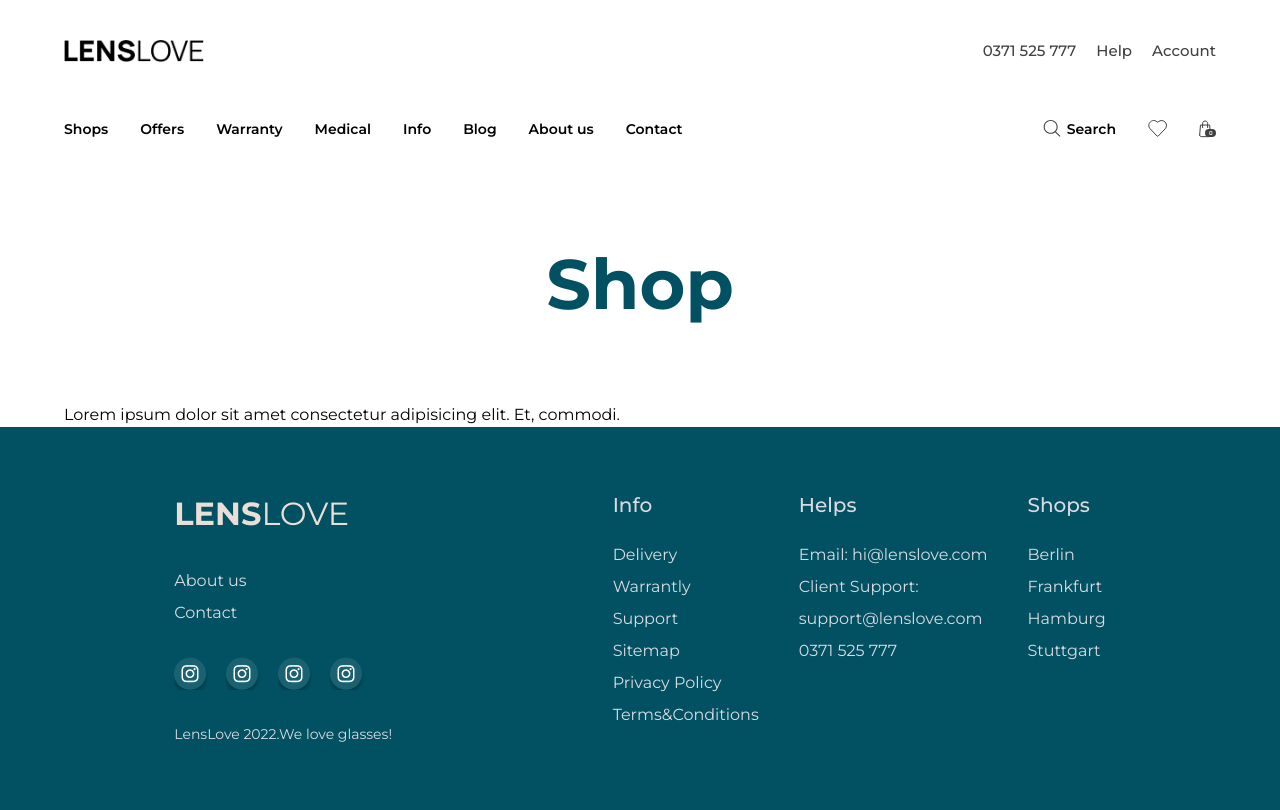
Repository: thienthanhvinh/glasses-react
Page: /shop
The author's editor kept a copy of each file at every save. The page is drawn from the files as they stood at one save, then again after the next save.
The browser window is 1280 px wide. The pictures show the whole page.
The project was rebuilt for these pictures with package versions that can differ from the ones it lists, and the page was loaded fresh each time. Also part of the build but not shown: src/App.css, src/components/button/Button.js, src/components/category/Category.js, src/components/intro/Intro.js, src/components/sales/SpringSales.js, src/modules/GlassesGrid.js, src/modules/GlassesItem.js, src/modules/HeadlineImage.js and 11 more.

Above is the page before, as saved 2023-02-13 20:13:41.

### public/index.html
<!DOCTYPE html>
<html lang="en">
  <head>
    <meta charset="utf-8" />
    <link rel="icon" href="%PUBLIC_URL%/favicon.ico" />
    <meta name="viewport" content="width=device-width, initial-scale=1" />
    <meta name="theme-color" content="#000000" />
    <meta
      name="description"
      content="Web site created using create-react-app"
    />
    <link rel="apple-touch-icon" href="%PUBLIC_URL%/logo192.png" />
    <!--
      manifest.json provides metadata used when your web app is installed on a
      user's mobile device or desktop. See https://developers.google.com/web/fundamentals/web-app-manifest/
    -->
    <link rel="manifest" href="%PUBLIC_URL%/manifest.json" />
    <!--
      Notice the use of %PUBLIC_URL% in the tags above.
      It will be replaced with the URL of the `public` folder during the build.
      Only files inside the `public` folder can be referenced from the HTML.

      Unlike "/favicon.ico" or "favicon.ico", "%PUBLIC_URL%/favicon.ico" will
      work correctly both with client-side routing and a non-root public URL.
      Learn how to configure a non-root public URL by running `npm run build`.
    -->
    <link href="https://fonts.googleapis.com/css2?family=Montserrat:wght@300;400;500;600;700&display=swap" rel="stylesheet">
    <title>React App</title>
  </head>
  <body>
    <noscript>You need to enable JavaScript to run this app.</noscript>
    <div id="root"></div>
    <!--
      This HTML file is a template.
      If you open it directly in the browser, you will see an empty page.

      You can add webfonts, meta tags, or analytics to this file.
      The build step will place the bundled scripts into the <body> tag.

      To begin the development, run `npm start` or `yarn start`.
      To create a production bundle, use `npm run build` or `yarn build`.
    -->
  </body>
</html>

### src/index.js
import React from 'react';
import ReactDOM from 'react-dom/client';
import './index.css';
import App from './App';
import reportWebVitals from './reportWebVitals';
import { BrowserRouter } from 'react-router-dom';
import { ToastContainer, toast } from 'react-toastify';
import 'react-toastify/dist/ReactToastify.css';

const root = ReactDOM.createRoot(document.getElementById('root'));
root.render(
  // <React.StrictMode>
  <BrowserRouter>
    <App />
    <ToastContainer></ToastContainer>
  </BrowserRouter>
  // </React.StrictMode>
);

// If you want to start measuring performance in your app, pass a function
// to log results (for example: reportWebVitals(console.log))
// or send to an analytics endpoint. Learn more: https://bit.ly/CRA-vitals
reportWebVitals();

### src/index.css
/* body {
  margin: 0;
  font-family: -apple-system, BlinkMacSystemFont, 'Segoe UI', 'Roboto', 'Oxygen',
    'Ubuntu', 'Cantarell', 'Fira Sans', 'Droid Sans', 'Helvetica Neue',
    sans-serif;
  -webkit-font-smoothing: antialiased;
  -moz-osx-font-smoothing: grayscale;
}

code {
  font-family: source-code-pro, Menlo, Monaco, Consolas, 'Courier New',
    monospace;
} */

@tailwind base;
@tailwind components;
@tailwind utilities;

body {
  font-family: 'Montserrat', sans-serif;
}
/* .darkmode-input:checked + div .darkmode-spinner {
  transform: translateX(33px);
} */
.active-light {
  transform: translateX(0px);
  transition: all 0.4s;
}
.active-dark {
  transform: translateX(33px);
  transition: all 0.4s;
}

/* .darkmode-input:checked + div {


} */

/* .darkmode-input:checked + div .darkmode-spinner {
  background-color: white;
} */

### src/App.js

import { Route, Routes } from 'react-router-dom';
import './App.css';
import HomePage from './pages/HomePage';
import ShopPage from './pages/ShopPage';
import SignInPage from './pages/SignInPage';
import SignUpPage from './pages/SignUpPage';

function App() {
  return (
    <Routes>
      <Route path='/sign-up' element={<SignUpPage></SignUpPage>}></Route>
      <Route path='/sign-in' element={<SignInPage></SignInPage>}></Route>
      <Route path='/' element={<HomePage></HomePage>}></Route>
      <Route path='/shop' element={<ShopPage></ShopPage>}></Route>
    </Routes>
  );
}

export default App;

### src/pages/ShopPage.js
import React from "react";
import Heading from "../components/common/Heading";
import SpringSales from "../components/sales/SpringSales";
import LayoutGlasses from "../layout/LayoutGlasses";

const ShopPage = () => {
  return (
    <>
      <LayoutGlasses>
        <Heading className="mt-14">Shop</Heading>
        <div className="px-16">
          <div className="mt-[70px]">Lorem ipsum dolor sit amet consectetur adipisicing elit. Et, commodi.</div>
        </div>
      </LayoutGlasses>
    </>
  );
};

export default ShopPage;

### src/components/common/Heading.js
import React from 'react';

const Heading = ({children, className = ''}) => {
    return (
        <h2 className={`font-extrabold text-[70px] leading-[98px] text-center text-primary mb-[70px] ${className}`}>
            {children}
        </h2>
    );
};
export default Heading;

### src/modules/Menu.js
import React from "react";
import { Link } from "react-router-dom";
import Navbar from "../components/navbar/Navbar";

const Menu = () => {
  return (
    <div className="py-10 px-16">
      <div className="flex items-center justify-between mb-14">
        <Link to="/">
          <img
            src="/logo.png"
            alt=""
            className="w-[140px] h-auto object-cover"
          />
        </Link>

        <div className="flex gap-x-5 text-secondary-3 text-[15px] font-medium">
          <span>0371 525 777</span>
          <Link to="/">Help</Link>
          <Link to="/sign-in">Account</Link>
        </div>
      </div>
      <Navbar></Navbar>
    </div>
  );
};

export default Menu;

### src/modules/Footer.js
import React from "react";
import { Link } from "react-router-dom";

const Footer = () => {
  return (
    <div className="bg-primary flex justify-around px-16 py-16 text-gray-white">
      <div className="flex flex-col">
        <h2 className="text-secondary font-extrabold text-[32px] leading-[46px] mb-8">
          LENS<span className="font-normal">LOVE</span>
        </h2>
        <Link to="/about" className="mb-2">
          About us
        </Link>
        <Link to="contact" className="mb-8">
          Contact
        </Link>
        <div className="flex gap-x-4 mb-8">
          <span>
            <img src="/Instagram.png" alt="" />
          </span>
          <span>
            <img src="/Instagram.png" alt="" />
          </span>
          <span>
            <img src="/Instagram.png" alt="" />
          </span>
          <span>
            <img src="/Instagram.png" alt="" />
          </span>
        </div>
        <p className="text-[14px] leading-[24px]">
          LensLove 2022.We love glasses!
        </p>
      </div>
      <div className="flex gap-x-10">
        <div>
          <h3 className="font-medium text-xl mb-6">Info</h3>
          <div className="flex flex-col gap-y-2">
            <p>Delivery</p>
            <p>Warrantly</p>
            <p>Support</p>
            <p>Sitemap</p>
            <p>Privacy Policy</p>
            <p>Terms&Conditions</p>
          </div>
        </div>
        <div>
          <h3 className="font-medium text-xl mb-6">Helps</h3>
          <div className="flex flex-col gap-y-2">
            <p>Email: hi@lenslove.com</p>
            <p>Client Support:</p>
            <p>support@lenslove.com</p>
            <p>0371 525 777</p>
          </div>
        </div>
        <div>
          <h3 className="font-medium text-xl mb-6">Shops</h3>
          <div className="flex flex-col gap-y-2">
            <p>Berlin</p>
            <p>Frankfurt</p>
            <p>Hamburg</p>
            <p>Stuttgart</p>
          </div>
        </div>
      </div>
    </div>
  );
};

export default Footer;

### src/layout/LayoutGlasses.js
import React from 'react';
import Footer from '../modules/Footer';
import Menu from '../modules/Menu';

const LayoutGlasses = ({children}) => {
    return (
        <>
         <Menu></Menu>
            {children}
         <Footer></Footer>
        </>
    );
};

export default LayoutGlasses;

### src/components/navbar/Navbar.js
import React from "react";
import { Link } from "react-router-dom";

const Navbar = () => {
  return (
    <div className="flex">
      <ul className="flex text-sm font-semibold gap-x-8">
        <li>
          <Link to="/shop">Shops</Link>
        </li>
        <li>
          <Link to="/">Offers</Link>
        </li>
        <li>
          <Link to="/">Warranty</Link>
        </li>
        <li>
          <Link to="/">Medical</Link>
        </li>
        <li>
          <Link to="/">Info</Link>
        </li>
        <li>
          <Link to="/">Blog</Link>
        </li>
        <li>
          <Link to="/">About us</Link>
        </li>
        <li>
          <Link to="/">Contact</Link>
        </li>
      </ul>
      <div className="ml-auto flex items-center gap-x-8">
        <div className="flex gap-x-[6px] items-center">
          <svg
            width={18}
            height={17}
            viewBox="0 0 18 17"
            fill="none"
            xmlns="http://www.w3.org/2000/svg"
          >
            <path
              d="M17.153 15.747L12.8535 11.5161C13.9794 10.2929 14.6712 8.67509 14.6712 6.89489C14.6707 3.0867 11.534 0 7.66437 0C3.79477 0 0.658081 3.0867 0.658081 6.89489C0.658081 10.7031 3.79477 13.7898 7.66437 13.7898C9.3363 13.7898 10.8698 13.2115 12.0743 12.2501L16.3905 16.4976C16.6008 16.7047 16.9422 16.7047 17.1525 16.4976C17.3633 16.2904 17.3633 15.9541 17.153 15.747ZM7.66437 12.729C4.39027 12.729 1.7361 10.117 1.7361 6.89489C1.7361 3.67281 4.39027 1.06082 7.66437 1.06082C10.9385 1.06082 13.5926 3.67281 13.5926 6.89489C13.5926 10.117 10.9385 12.729 7.66437 12.729Z"
              fill="#414141"
            />
          </svg>
          <span className="text-sm font-semibold">Search</span>
        </div>
        <span>
          <svg
            width="19"
            height="17"
            viewBox="0 0 19 17"
            fill="none"
            xmlns="http://www.w3.org/2000/svg"
          >
            <path
              d="M2.14414 8.80841C0.111678 6.47788 0.614575 3.72661 2.23686 2.03652C3.85628 0.349414 6.5587 -0.245866 8.98238 1.79479L8.98243 1.79483C9.37299 2.12358 9.93842 2.1081 10.3148 1.781L10.3148 1.78097C12.5442 -0.15713 15.2905 0.329246 16.9821 1.956C17.8273 2.76872 18.3905 3.85299 18.4856 5.03784C18.5799 6.21232 18.2175 7.5254 17.1436 8.81679L10.2601 16.0112C9.92623 16.3602 9.36908 16.3602 9.03526 16.0113L2.14414 8.80841Z"
              stroke="#414141"
            />
          </svg>
        </span>
        <span>
          <svg
            width="17"
            height="18"
            viewBox="0 0 17 18"
            fill="none"
            xmlns="http://www.w3.org/2000/svg"
          >
            <path
              d="M0.672966 15.0244L1.47201 5.03632H10.653L11.452 15.0244C11.5228 15.9093 10.8238 16.6665 9.93602 16.6665H2.18895C1.30121 16.6665 0.602173 15.9093 0.672966 15.0244Z"
              stroke="#414141"
              stroke-linecap="round"
              stroke-linejoin="round"
            />
            <path
              d="M3.58252 7.56769V3.52604C3.58252 2.68402 4.08773 1 6.10856 1C8.12938 1 8.63459 2.68402 8.63459 3.52604V7.56769"
              stroke="#414141"
              stroke-linecap="round"
              stroke-linejoin="round"
            />
            <rect x="6" y="9" width="11" height="8" rx="4" fill="#414141" />
            <path
              d="M11.8424 15.084C11.5568 15.084 11.3048 15.0233 11.0864 14.902C10.868 14.7788 10.6972 14.608 10.574 14.3896C10.4527 14.1712 10.392 13.9192 10.392 13.6336V12.3344C10.392 12.0488 10.4527 11.7968 10.574 11.5784C10.6972 11.36 10.868 11.1901 11.0864 11.0688C11.3048 10.9456 11.5568 10.884 11.8424 10.884C12.128 10.884 12.3791 10.9456 12.5956 11.0688C12.814 11.1901 12.9848 11.36 13.108 11.5784C13.2312 11.7968 13.2928 12.0488 13.2928 12.3344V13.6336C13.2928 13.9192 13.2312 14.1712 13.108 14.3896C12.9848 14.608 12.814 14.7788 12.5956 14.902C12.3791 15.0233 12.128 15.084 11.8424 15.084ZM11.8424 14.4428C11.9843 14.4428 12.1131 14.4092 12.2288 14.342C12.3445 14.2729 12.436 14.1815 12.5032 14.0676C12.5704 13.9519 12.604 13.8231 12.604 13.6812V12.284C12.604 12.1403 12.5704 12.0115 12.5032 11.8976C12.436 11.7819 12.3445 11.6904 12.2288 11.6232C12.1131 11.5541 11.9843 11.5196 11.8424 11.5196C11.7005 11.5196 11.5717 11.5541 11.456 11.6232C11.3403 11.6904 11.2488 11.7819 11.1816 11.8976C11.1144 12.0115 11.0808 12.1403 11.0808 12.284V13.6812C11.0808 13.8231 11.1144 13.9519 11.1816 14.0676C11.2488 14.1815 11.3403 14.2729 11.456 14.342C11.5717 14.4092 11.7005 14.4428 11.8424 14.4428Z"
              fill="white"
            />
          </svg>
        </span>
      </div>
    </div>
  );
};

export default Navbar;

### tailwind.config.js
/** @type {import('tailwindcss').Config} */
module.exports = {
  content: [
    "./src/**/*.{js,jsx,ts,tsx}",
  ],
  darkMode: 'class',
  theme: {
    extend: {
      colors: {
        'color-1': "#808191",
        'color-2': "#2d3436",
        'primary' : '#025162',
        'secondary': '#EADFD8',
        'secondary-3': '#414141',
        'tertiary' : '#E75313',
        'lens': '#D4E1F4',
        'gray-white': '#D9DBE1',
        'dark-text-primary': '#dfe6e9',
        'dark-color' : '#4e4f50',
        'dark-secon-color': '#2d3436',
        'dark-third-color': '#3a3a3a',
        'dark-four-color' : '#242526',
        'dark-five-color' : '#3A3A3A',

      }
    },
  },
  plugins: [],
}

Loaded but not shown: src/reportWebVitals.js (common file)

After the next save:
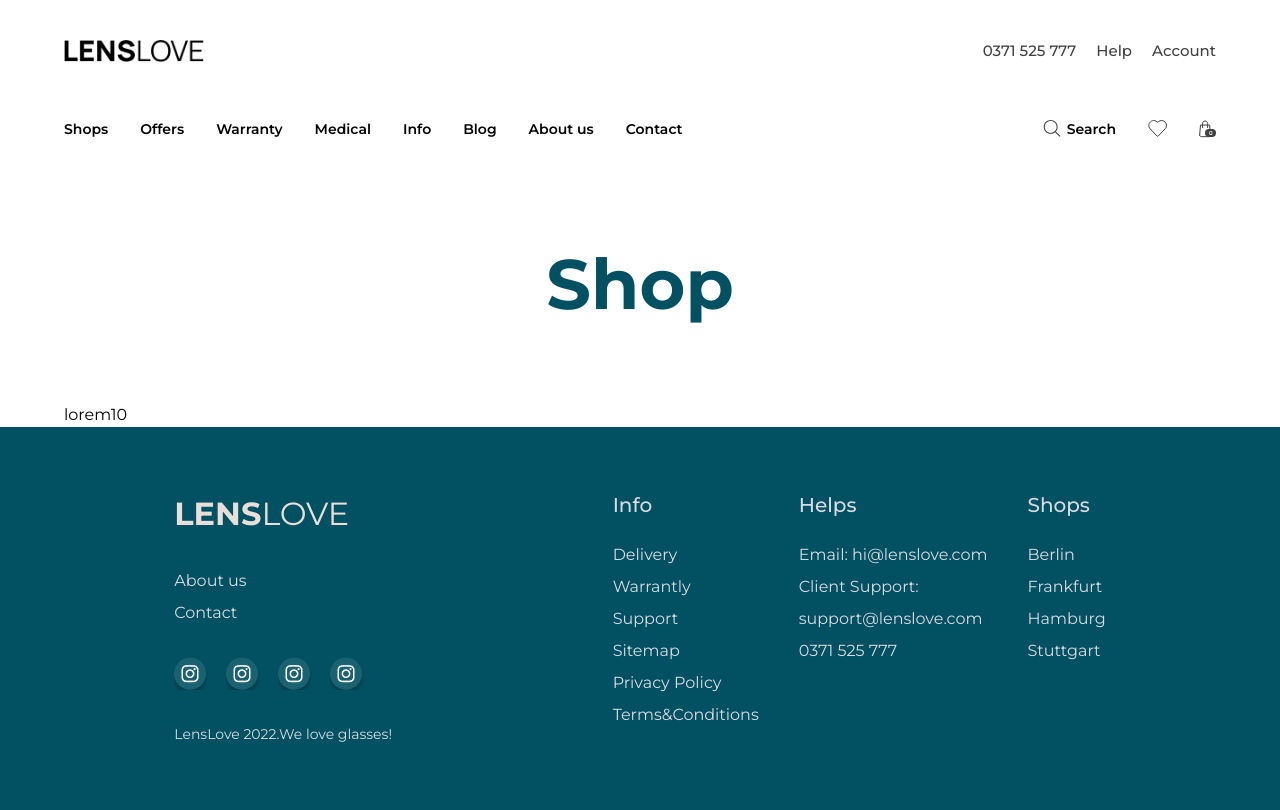
Saved 11 s later.
--- a/src/pages/ShopPage.js
+++ b/src/pages/ShopPage.js
@@ -9,7 +9,7 @@ const ShopPage = () => {
       <LayoutGlasses>
         <Heading className="mt-14">Shop</Heading>
         <div className="px-16">
-          <div className="mt-[70px]">Lorem ipsum dolor sit amet consectetur adipisicing elit. Et, commodi.</div>
+          <div className="mt-[70px]">lorem10</div>
         </div>
       </LayoutGlasses>
     </>
